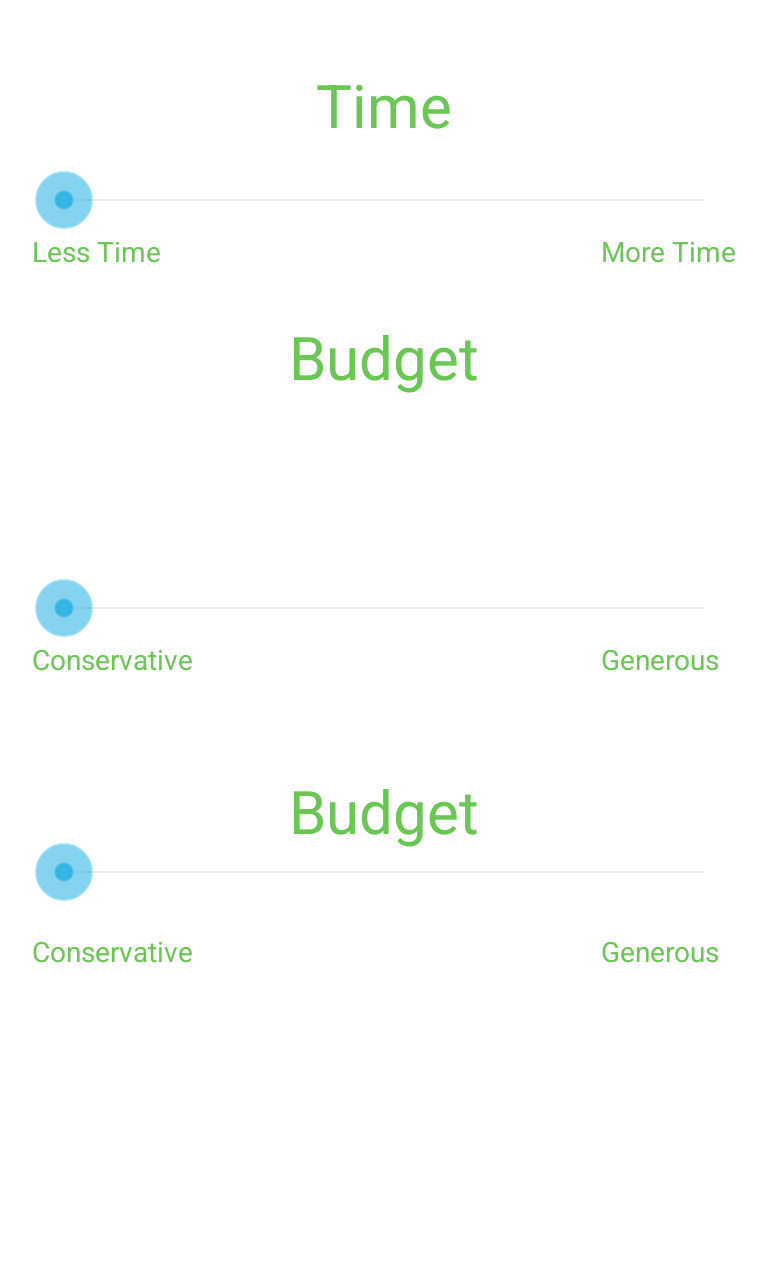
Repository: camo1018/MyKitchen
Layout: Android/res/layout/activity_search_recipe.xml
The author's editor kept a copy of each file at every save. The layout is drawn from the files as they stood at one save, then again after the next save.
It is drawn on a 768 x 1280 px phone screen (xhdpi) without system bars, with theme AppTheme; the app's code is not run.

Above is the layout before, as saved 2013-09-22 03:12:03.

After the next save:
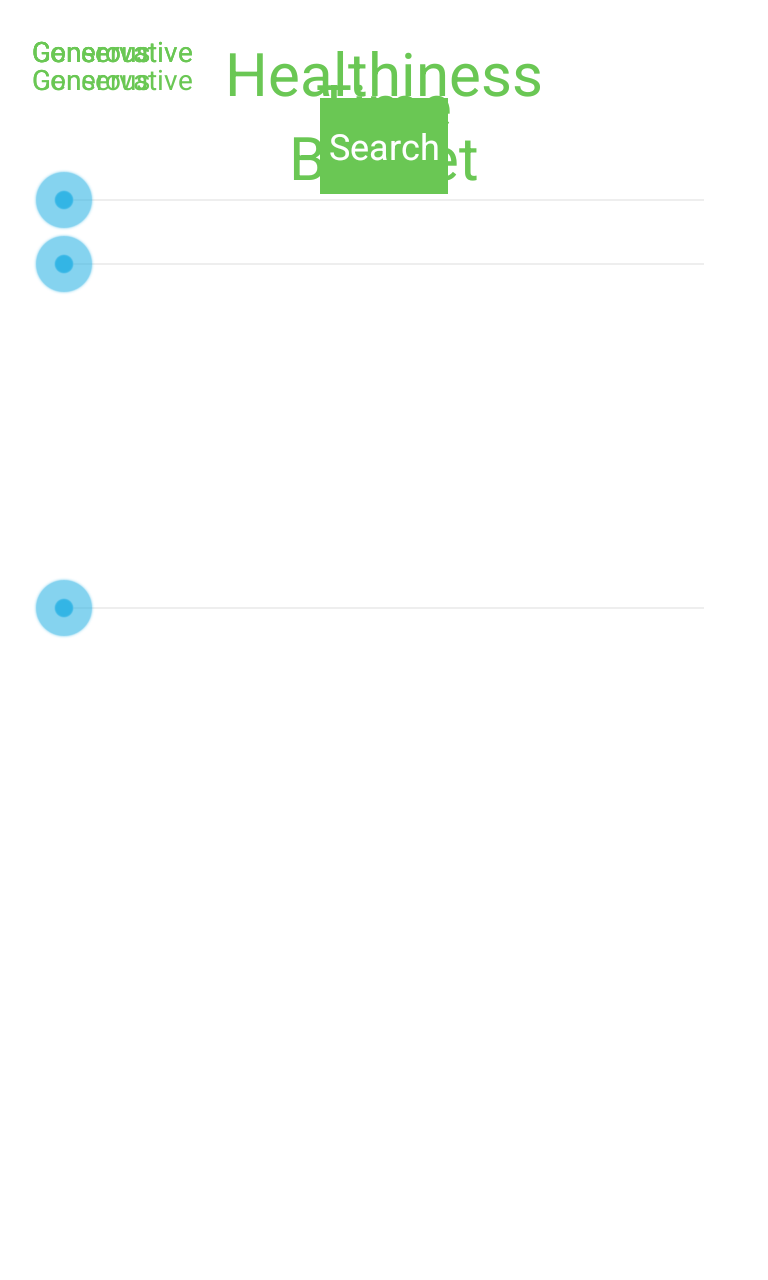
Saved 9 min 23 s later.
--- a/Android/res/layout/activity_search_recipe.xml
+++ b/Android/res/layout/activity_search_recipe.xml
@@ -18,7 +18,7 @@
     </LinearLayout>
 
     <SeekBar
-        android:id="@+id/seekBar1"
+        android:id="@+id/seekBarTime"
         android:layout_width="match_parent"
         android:layout_height="wrap_content"
         android:layout_alignParentTop="true"
@@ -32,7 +32,7 @@
         android:layout_alignBaseline="@+id/textView2"
         android:layout_alignBottom="@+id/textView2"
         android:layout_alignRight="@+id/seekBar1"
-        android:text="More Time"
+        android:text="Generous"
         android:textAppearance="?android:attr/textAppearanceSmall"
         android:textColor="#6ac754" />
 
@@ -42,7 +42,7 @@
         android:layout_height="wrap_content"
         android:layout_alignLeft="@+id/seekBar1"
         android:layout_below="@+id/seekBar1"
-        android:text="Less Time"
+        android:text="Conservative"
         android:textAppearance="?android:attr/textAppearanceSmall"
         android:textColor="#6ac754" />
 
@@ -98,24 +98,12 @@
     </LinearLayout>
 
     <SeekBar
-        android:id="@+id/SeekBar02"
+        android:id="@+id/seekBarBudget"
         android:layout_width="match_parent"
         android:layout_height="wrap_content"
         android:layout_alignLeft="@+id/TextView03"
         android:layout_below="@+id/TextView01"
         android:layout_marginTop="81dp" />
-
-    <TextView
-        android:id="@+id/TextView04"
-        android:layout_width="wrap_content"
-        android:layout_height="wrap_content"
-        android:layout_alignLeft="@+id/TextView02"
-        android:layout_below="@+id/TextView03"
-        android:layout_marginTop="46dp"
-        android:text="Budget"
-        android:textAppearance="?android:attr/textAppearanceMedium"
-        android:textColor="#6ac754"
-        android:textSize="30sp" />
 
     <TextView
         android:id="@+id/TextView05"
@@ -152,10 +140,32 @@
         android:textSize="30sp" />
 
     <SeekBar
-        android:id="@+id/SeekBar01"
+        android:id="@+id/seekBarHealth"
         android:layout_width="match_parent"
         android:layout_height="wrap_content"
         android:layout_alignBottom="@+id/linearLayout1"
         android:layout_alignLeft="@+id/textView2" />
 
+    <TextView
+        android:id="@+id/TextView04"
+        android:layout_width="wrap_content"
+        android:layout_height="wrap_content"
+        android:layout_alignBottom="@+id/SeekBar02"
+        android:layout_centerHorizontal="true"
+        android:layout_marginBottom="38dp"
+        android:text="Healthiness"
+        android:textAppearance="?android:attr/textAppearanceMedium"
+        android:textColor="#6ac754"
+        android:textSize="30sp" />
+
+    <Button
+        android:id="@+id/button1"
+        android:layout_width="wrap_content"
+        android:layout_height="wrap_content"
+        android:layout_below="@+id/TextView06"
+        android:layout_centerHorizontal="true"
+        android:background="#6ac754"
+        android:text="Search"
+        android:textColor="#ffffff" />
+
 </RelativeLayout>
